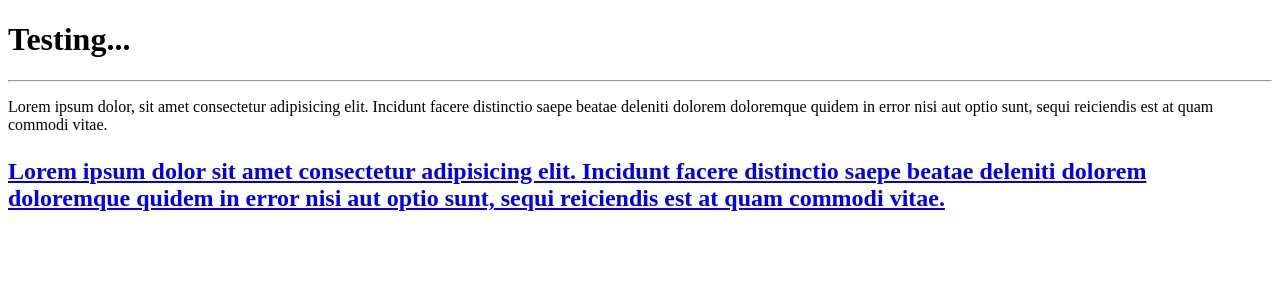
Repository: MarcioFreitasUFSC21/Proejct00
Page: ExampleSite/Assets/index2.html
An editor plug-in stored every save of this project. The page is shown before and after the next save, followed by the edit.
The browser window is 1280 px wide. The pictures show the whole page.

Above is the page before, as saved 2023-03-18 16:58:50.

### ExampleSite/Assets/index2.html
<!DOCTYPE html>
<html lang="pt-br">
<head>
    <meta charset="UTF-8">
    <meta http-equiv="X-UA-Compatible" content="IE=edge">
    <meta name="viewport" content="width=device-width, initial-scale=1.0">
    <title>The first page</title>
</head>
<body>
    <h1> Testing... </h1>
    <hr>
    <p> Lorem ipsum dolor, sit amet consectetur adipisicing elit. Incidunt facere distinctio saepe beatae deleniti dolorem doloremque quidem in error nisi aut optio sunt, sequi reiciendis est at quam commodi vitae.</p>
    <section>
        <div>
            <h1> <a href ="#"</h1>



            <p>Lorem ipsum dolor sit amet consectetur adipisicing elit. Incidunt facere distinctio saepe beatae deleniti dolorem doloremque quidem in error nisi aut optio sunt, sequi reiciendis est at quam commodi vitae.</p>
        </div>


    </section>
</body>
</html>

After the next save:
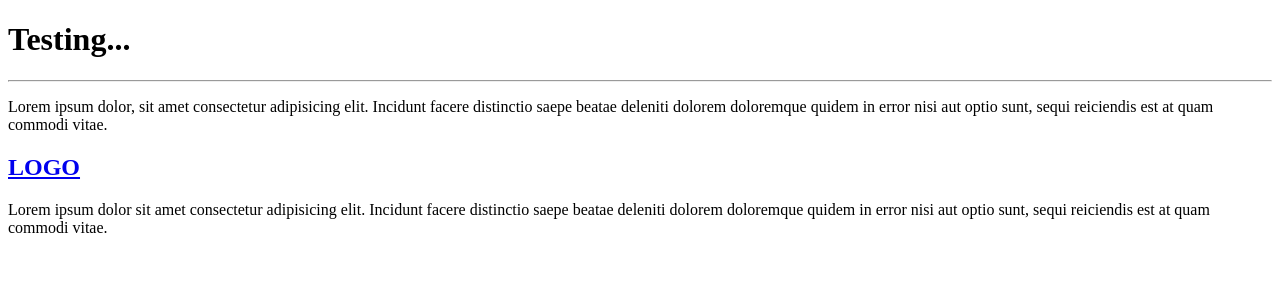
Saved 9 s later.
--- a/ExampleSite/Assets/index2.html
+++ b/ExampleSite/Assets/index2.html
@@ -12,7 +12,7 @@
     <p> Lorem ipsum dolor, sit amet consectetur adipisicing elit. Incidunt facere distinctio saepe beatae deleniti dolorem doloremque quidem in error nisi aut optio sunt, sequi reiciendis est at quam commodi vitae.</p>
     <section>
         <div>
-            <h1> <a href ="#"</h1>
+            <h1> <a href ="#"> LOGO </a></h1>
 
 
 
